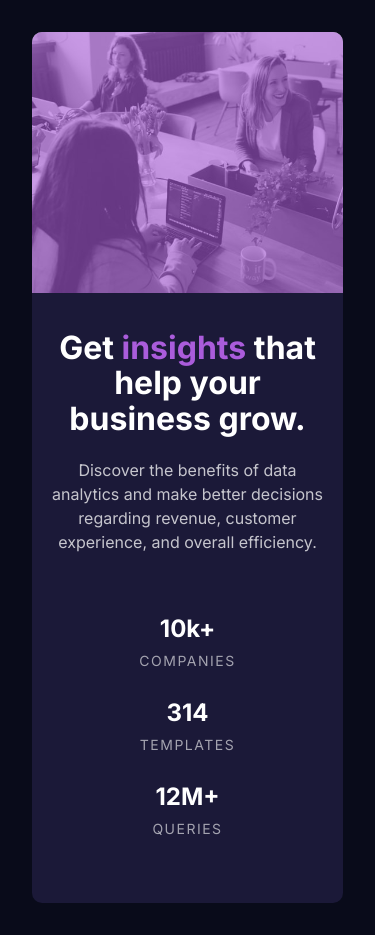
Repository: keisewarsame/stats-preview-frontendmentor
Page: index.html
These files come from the project's save history. The page is drawn as it stood at one moment and after the next save; the edit follows.
The browser window is 375 px wide. The pictures show the whole page.

Above is the page before, as saved 2022-07-12 14:29:15.

### index.html
<!DOCTYPE html>
<html lang="en">
<head>
  <meta charset="UTF-8">
  <meta name="viewport" content="width=device-width, initial-scale=1.0"> <!-- displays site properly based on user's device -->
  <link rel="icon" type="image/png" sizes="32x32" href="./images/favicon-32x32.png">
  <link rel="stylesheet" href="styles.css">
  <title>Frontend Mentor | Stats preview card component</title>
</head>
<body>
    <div class="container">
        <div class="wrapper">
            <div class="text-component">
                <h1 class="title">Get <span>insights</span> that help your business grow.</h1>
                <p class="subtitle">Discover the benefits of data analytics and make better decisions regarding revenue, customer experience, and overall efficiency.</p>
                <div class="stats-component">
                    <div>
                        <p class="num">10k+</p>
                        <p class="stats-sub">Companies</p>
                    </div>
                    <div>
                        <p class="num">314</p>
                        <p class="stats-sub">Templates</p>
                    </div>
                    <div>
                        <p class="num">12M+</p>
                        <p class="stats-sub">Queries</p>
                    </div>
                </div>
            </div>
            <div class="image-component">
                <img src="/images/image-header-desktop.jpg" alt="">
            </div>
        </div>
    </div>
</body>
</html>

### styles.css
@import url('https://fonts.googleapis.com/css2?family=Inter:wght@400;700&family=Lexend+Deca&display=swap');

* {
    margin: 0;
    padding: 0;
}

body {
    font-family: 'Inter', sans-serif;
    display: flex;
    align-items: center;
    min-height: 100vh;
    background-color: hsl(233, 47%, 7%);
}

.container {
    margin: 0 auto;
    max-width: 1040px;
}

.wrapper {
    background-color: hsl(244, 38%, 16%);
    display: grid;
    grid-template-columns: 1fr 1fr;
    border-radius: 10px;
    overflow: hidden;
    margin: 2rem;
}

.text-component {
    padding: 13%;
    font-family: 'Inter', sans-serif;
}

.title {
    color: hsl(0, 0%, 100%);
    padding-bottom: 22px;
    font-weight: 700;
}

.title span {
    color: hsl(277, 64%, 61%)
}

.subtitle {
    color: hsla(0, 0%, 100%, 0.75);
    line-height: 1.5;
    font-size: 15px;
}

.stats-component {
    display: flex;
    justify-content: space-between;
    padding-top: 60px;
}

.num {
    color: hsl(0, 0%, 100%);
    font-weight: 700;
    font-size: 24px;
    margin-bottom: 9px
}

.stats-sub {
    text-transform: uppercase;
    color: hsla(0, 0%, 100%, 0.6);
    font-size: 14px;
    letter-spacing: 1.5px;
}



.image-component {
    position: relative;
}

img {
    height: 100%;
    width: 100%;
}

.image-component::after {
    position: absolute;
    content: '';
    height: 100%;
    width: 100%;
    top: 0;
    right: 0;
    background-color: hsla(277, 64%, 61%, 0.6);;
}

@media screen and (max-width: 425px) {
    body {
        text-align: center;
    }
    .wrapper {
        grid-template-columns: 1fr;
    }

    .image-component {
        order: -1;
    }

    .stats-component {
        flex-direction: column;
    }

    .text-component {
        padding: 12% 6%;
    }

    .title {
        line-height: 1.1;
    }

    .stats-component div {
        margin-bottom: 29px;
    }

    .subtitle {
        font-size: 16px;
        font-family: ;
    }
}

After the next save:
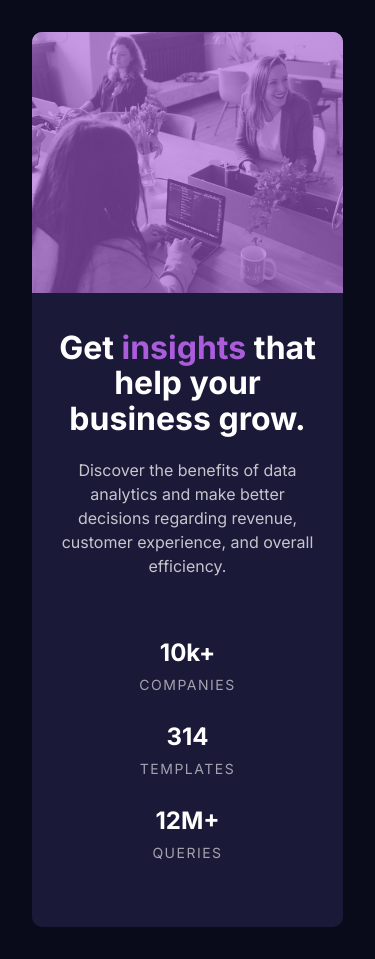
Saved 29 s later.
--- a/styles.css
+++ b/styles.css
@@ -106,7 +106,7 @@ img {
     }
 
     .text-component {
-        padding: 12% 6%;
+        padding: 12% 8%;
     }
 
     .title {
